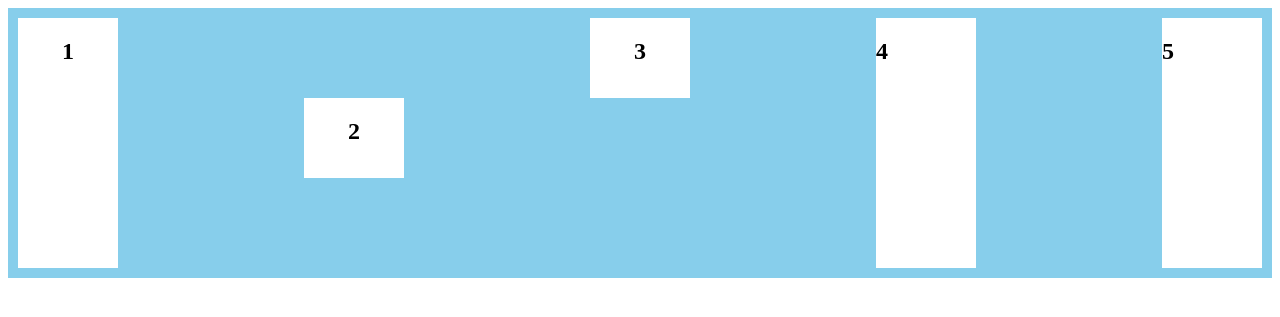
Repository: harshitanthal1/assignments_avisoft
Page: 01-02-2024/assignment_1/index.html
These files come from the project's save history. The page is drawn as it stood at one moment and after the next save; the edit follows.
The browser window is 1280 px wide. The pictures show the whole page.

Above is the page before, as saved 2024-02-01 12:57:21.

### 01-02-2024/assignment_1/index.html
<!DOCTYPE html>
<html lang="en">
<head>
    <meta charset="UTF-8">
    <meta name="viewport" content="width=device-width, initial-scale=1.0">
    <title>Assignment 1</title>
    <link rel="stylesheet" href="styles/styles.css" />
</head>
<body>
    <div id="main-box">
        <div id="box-1"><h2>1</h2></div>
        <div id="box-2"><h2>2</h2></div>
        <div id="box-3"><h2>3</h2></div>
        <div id="box-4"><h2>4</h2></div>
        <div id="box-4"><h2>5</h2></div>
    </div>
</body>
</html>

### 01-02-2024/assignment_1/styles/styles.css
#main-box {
    background-color: skyblue;
    height: 250px;
    display: flex;
    justify-content: space-between;
    padding: 10px;
}

#box-1 {
    background-color: white;
    width:100px;
    text-align: center;
}

#box-2 {
    background-color: white;
    width:100px;
    height: 80px;
    margin-top: 80px;
    text-align: center;

}

#box-3 {
    background-color: white;
    width:100px;
    height: 80px;
    text-align: center;
}

#box-4 {
    background-color: white;
    width:100px;
}

After the next save:
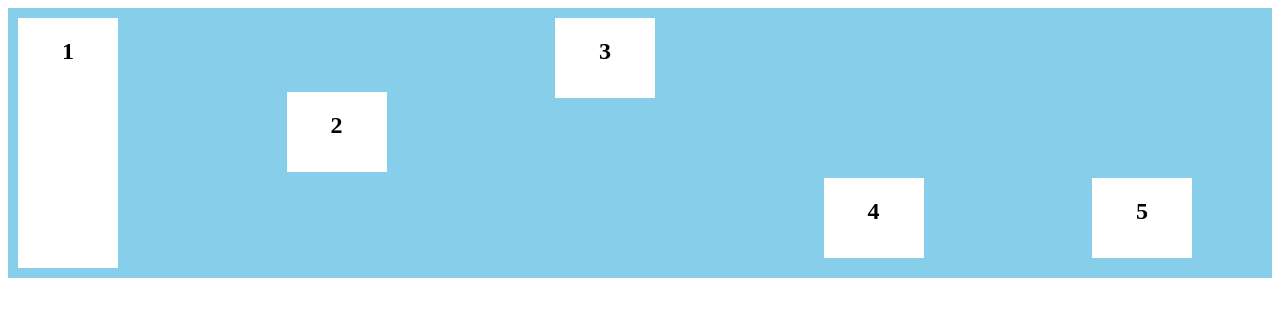
Saved 6 min 20 s later.
--- a/01-02-2024/assignment_1/styles/styles.css
+++ b/01-02-2024/assignment_1/styles/styles.css
@@ -4,6 +4,7 @@
     display: flex;
     justify-content: space-between;
     padding: 10px;
+    padding-right: 80px;
 }
 
 #box-1 {
@@ -16,7 +17,7 @@
     background-color: white;
     width:100px;
     height: 80px;
-    margin-top: 80px;
+    margin-top: 74px;
     text-align: center;
 
 }
@@ -31,4 +32,13 @@
 #box-4 {
     background-color: white;
     width:100px;
+    height: 80px;
+    text-align: center;
+    margin-top: 160px;
 }
+
+#box-5 {
+    background-color: white;
+    width:100px;
+    text-align: center;
+}
